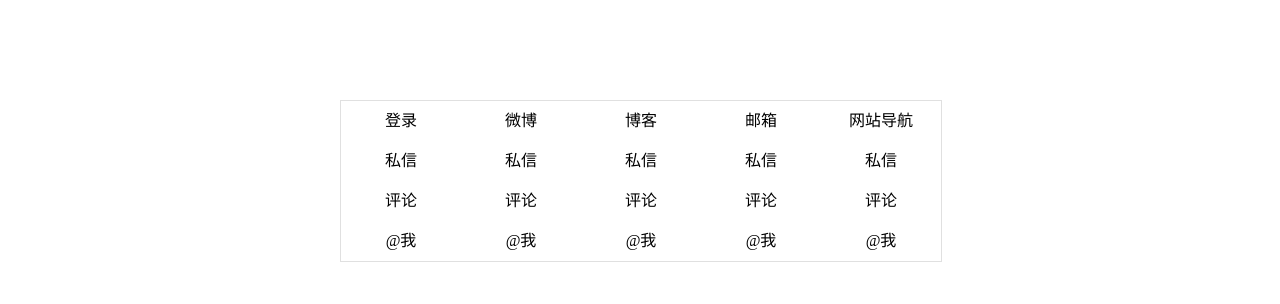
Repository: Sky0258/study
Page: js/新浪下拉框.html
These files come from the project's save history. The page is drawn as it stood at one moment and after the next save; the edit follows.
The browser window is 1280 px wide. The pictures show the whole page.

Above is the page before, as saved 2022-09-11 16:23:00.

### js/新浪下拉框.html
<!DOCTYPE html>
<html lang="en">

<head>
    <meta charset="UTF-8">
    <meta http-equiv="X-UA-Compatible" content="IE=edge">
    <meta name="viewport" content="width=device-width, initial-scale=1.0">
    <title>Document</title>
</head>
<style>
    * {
        padding: 0;
        margin: 0;
    }
    li {
        list-style: none;
    }
    a {
        text-decoration: none;
    }
    .tab {
        margin: 100px auto;
        width: 600px;
        /* border: 1px solid #e0e0e0; */
    }
    .tab > ul {
        width: 100%;
        display: flex;
        border: 1px solid #e0e0e0;
    }
    .tab > ul > li {
        flex: 1;
        text-align: center;
        line-height: 40px;
    }
    .tab > ul > li a {
        display: block;
        width: 100%;
        color: black;
    }
    .tab > ul > li a:hover {
        background-color: #edecec;
        color: #ff8800;
    }
    .list ul {
        /* display: none; */
    }
</style>
<body>
    <div class="tab">
        <ul class="list">
            <li>
                <a href="#">登录</a>
                <ul>
                    <li>私信</li>
                    <li>评论</li>
                    <li>@我</li>
                </ul>
            </li>
            <li>
                <a href="#">微博</a>
                <ul>
                    <li>私信</li>
                    <li>评论</li>
                    <li>@我</li>
                </ul>
            </li>
            <li>
                <a href="#">博客</a>
                <ul>
                    <li>私信</li>
                    <li>评论</li>
                    <li>@我</li>
                </ul>
            </li>
            <li>
                <a href="#">邮箱</a>
                <ul>
                    <li>私信</li>
                    <li>评论</li>
                    <li>@我</li>
                </ul>
            </li>
            <li>
                <a href="#">网站导航</a>
                <ul>
                    <li>私信</li>
                    <li>评论</li>
                    <li>@我</li>
                </ul>
            </li>
        </ul>
    </div>
</body>

</html>

After the next save:
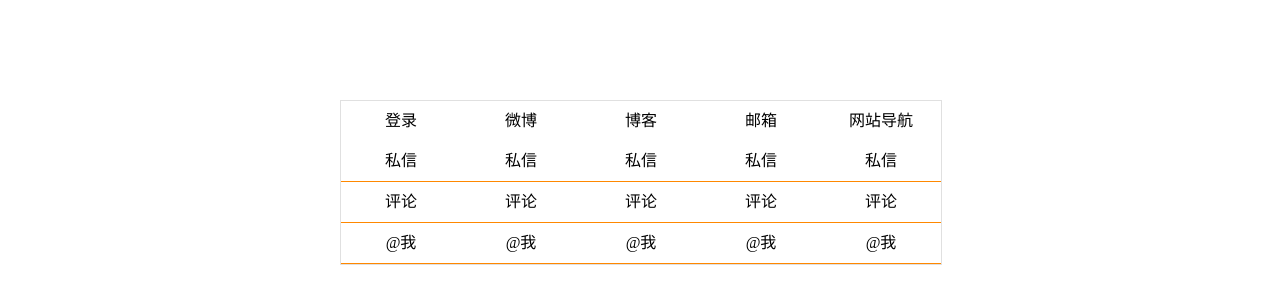
Saved 27 s later.
--- a/js/新浪下拉框.html
+++ b/js/新浪下拉框.html
@@ -42,8 +42,9 @@
         background-color: #edecec;
         color: #ff8800;
     }
-    .list ul {
+    .list ul li{
         /* display: none; */
+        border-bottom: 1px solid #ff8800;
     }
 </style>
 <body>
